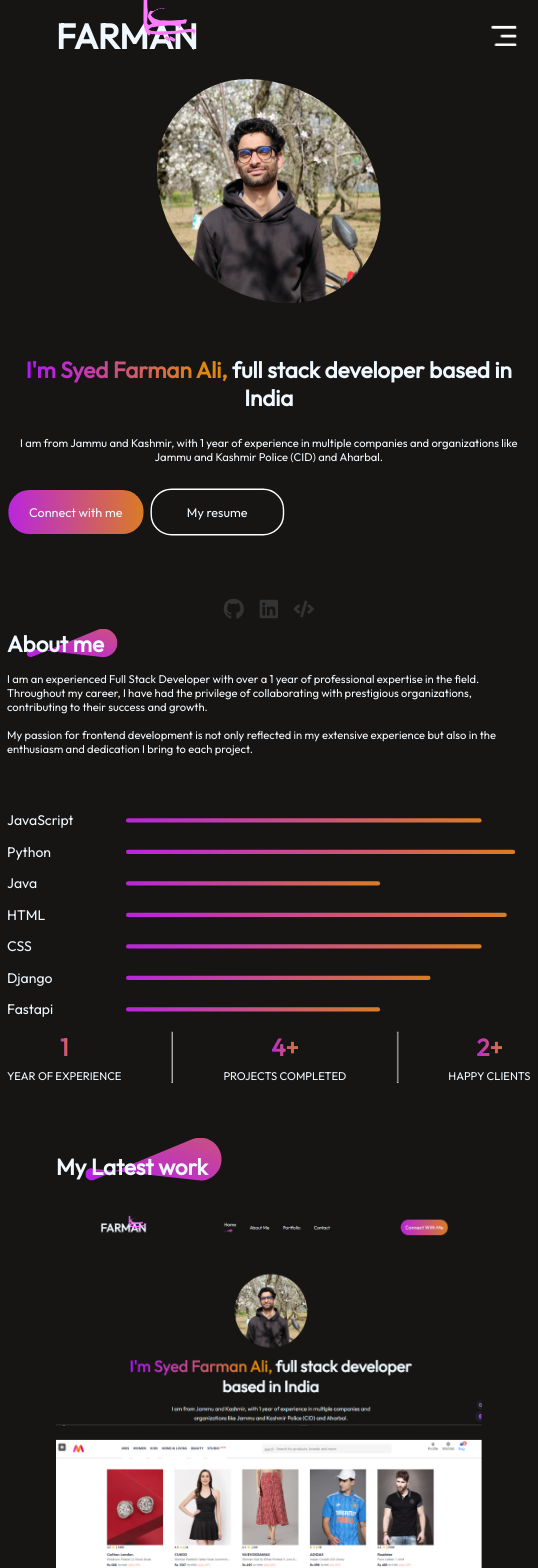
Repository: FARMAN9/portfolio_React
Page: /
The author's editor kept a copy of each file at every save. The page is drawn from the files as they stood at one save, then again after a run of saves.
The browser window is 768 px wide. The pictures show the part of the page from y = 0 to 2240 px (the page is 5795 px tall), at 70% of full size.
The project was rebuilt for these pictures with package versions that can differ from the ones it lists, and the page was loaded fresh each time. Also part of the build but not shown: vite.config.js.

Above is the page before, as saved 2024-10-16 21:38:21.

After the next 2 saves:
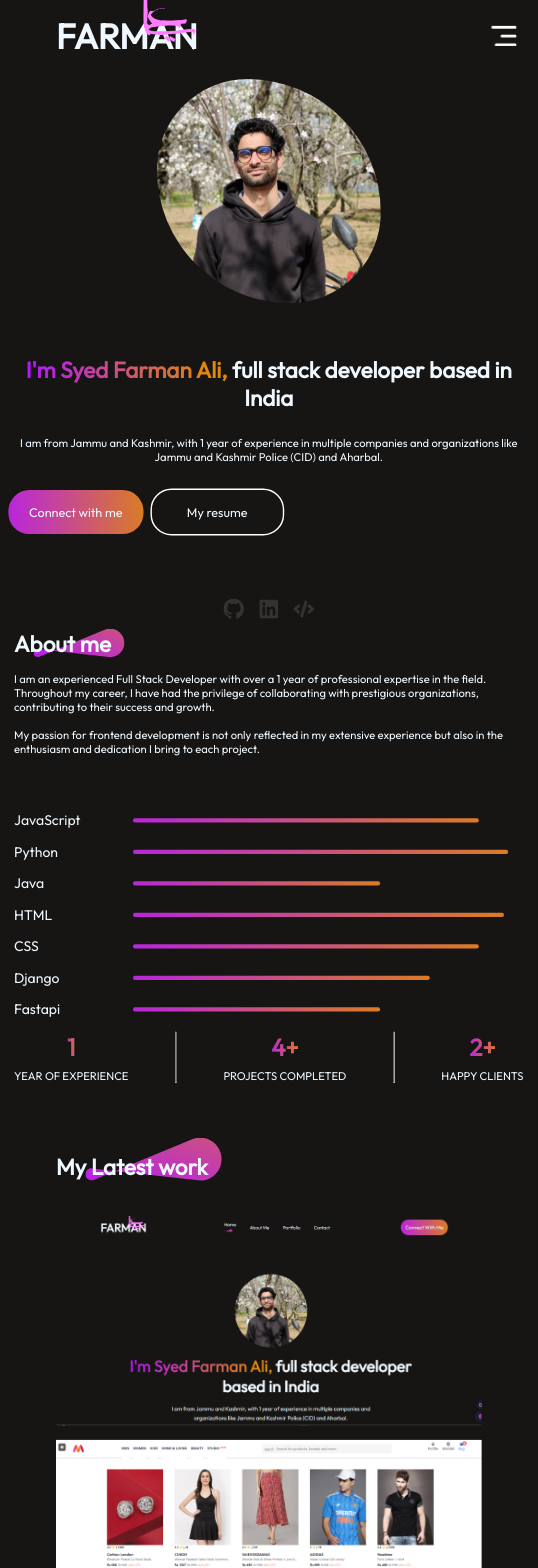
The 2 saves are shown as one change because they came seconds apart.
The last was saved 6 s later.
--- a/src/Components/About/About.css
+++ b/src/Components/About/About.css
@@ -112,7 +112,7 @@
 @media (max-width: 768px) {
   .about {
     gap: 20px;
-    margin: 10px 10px;
+    margin: 10px 20px;
     align-items: start;
   }
   .about-title h1 {
